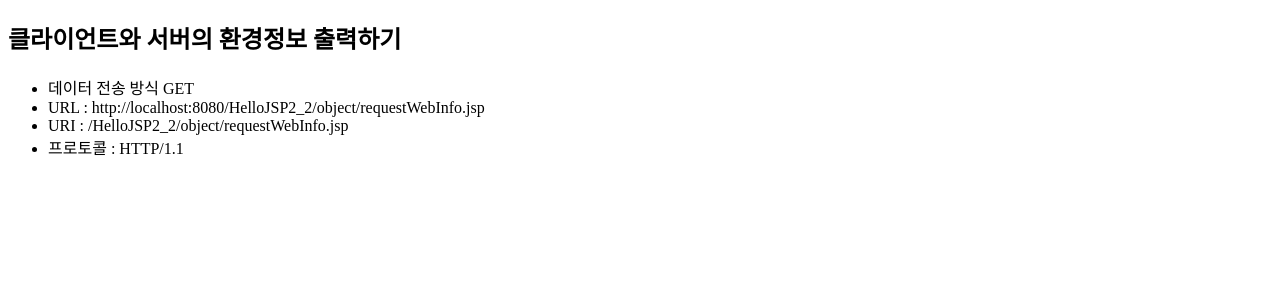
Repository: parkblacksheep/JSP-Servlet
Page: http://localhost/HelloJSP2_2/object/requestWebInfo.jsp
These files come from the project's save history. The page is drawn as it stood at one moment and after the next save; the edit follows.
The browser window is 1280 px wide. The pictures show the whole page.
The page is served by Tomcat 9.

Above is the page before, as saved 2024-07-25 01:39:31.

After the next save:
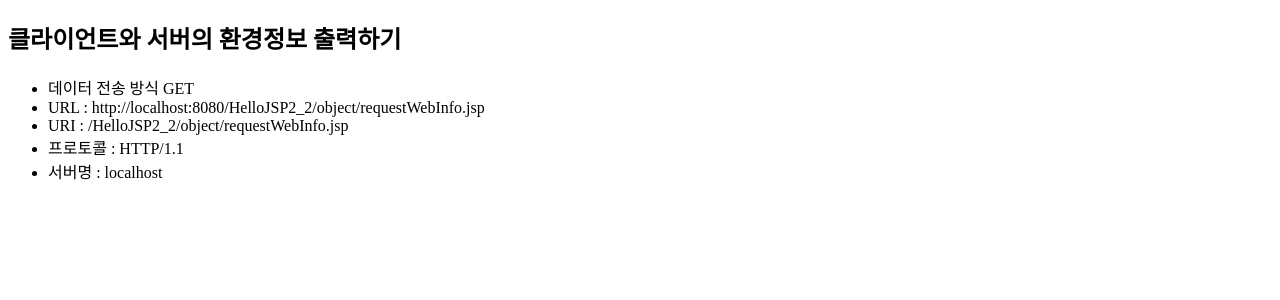
Saved 67 s later.
--- a/HelloJSP2_2/src/main/webapp/object/requestWebInfo.jsp
+++ b/HelloJSP2_2/src/main/webapp/object/requestWebInfo.jsp
@@ -14,6 +14,7 @@
 			<li>URL : <%= request.getRequestURL() %></li>
 			<li>URI : <%= request.getRequestURI() %></li>
 			<li>프로토콜 : <%= request.getProtocol() %></li>
+			<li>서버명 : <%= request.getServerName() %></li>
 		</ul>
 	</body>
 </html>
